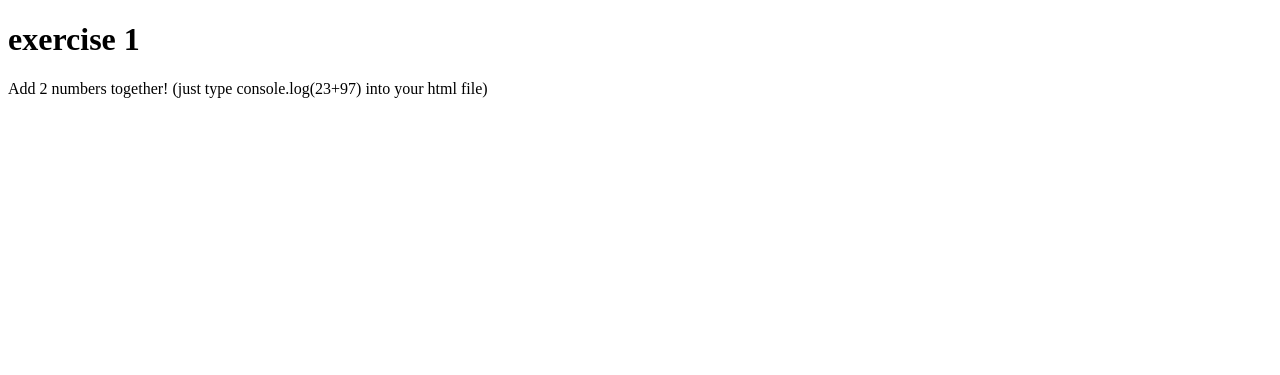
Repository: ValeriaLeonH/practica-Javascript-html-css
Page: prueba_de_juego.html
An editor plug-in stored every save of this project. The page is shown before and after the next save, followed by the edit.
The browser window is 1280 px wide. The pictures show the whole page.

Above is the page before, as saved 2025-04-10 15:55:08.

### prueba_de_juego.html
<!DOCTYPE html>
<html lang="en">
  <head>
    <meta charset="UTF-8">
    <meta name="viewport" content="width=device-width, initial-scale=1.0">
    <title>exercise 1</title>
  </head>
  <body>
    <h1>exercise 1</h1>
    <p>Add 2 numbers together! (just type console.log(23+97) into your html file)</p>
    <script>
      console.log(23 + 97);
    </script>
  </body>
</html>

After the next save:
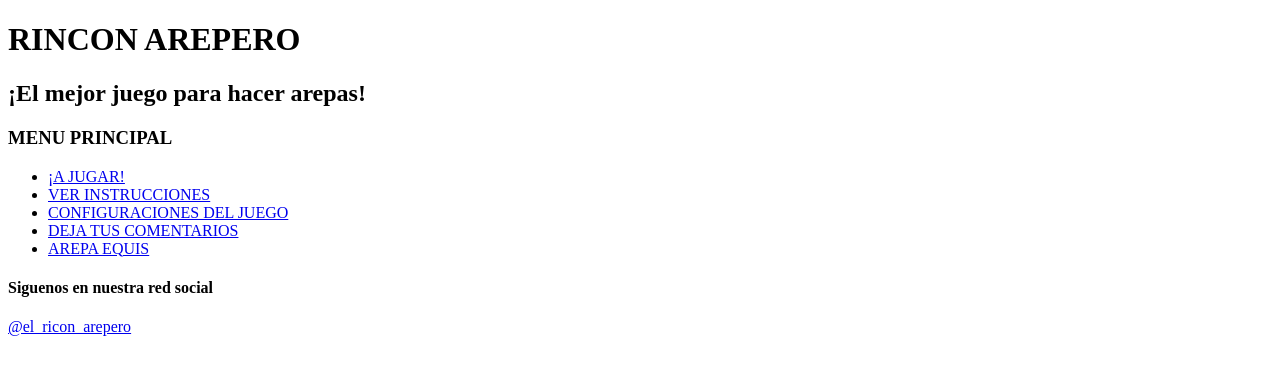
Saved 9 min 0 s later.
--- a/prueba_de_juego.html
+++ b/prueba_de_juego.html
@@ -1,15 +1,22 @@
 <!DOCTYPE html>
 <html lang="en">
-  <head>
-    <meta charset="UTF-8">
-    <meta name="viewport" content="width=device-width, initial-scale=1.0">
-    <title>exercise 1</title>
-  </head>
-  <body>
-    <h1>exercise 1</h1>
-    <p>Add 2 numbers together! (just type console.log(23+97) into your html file)</p>
-    <script>
-      console.log(23 + 97);
-    </script>
-  </body>
+    <head>
+        <meta charset="UTF-8">
+        <meta name="viewport" content="width=device-width, initial-scale=1.0">
+        <title>RINCON AREPERO</title>
+    </head>
+    <body>
+        <h1>RINCON AREPERO</h1>
+        <h2>¡El mejor juego para hacer arepas!</h2>
+        <h3>MENU PRINCIPAL</h3>
+        <ul>
+            <li><a href="jugar.html">¡A JUGAR!</a></li>
+            <li><a href="instrucciones.html">VER INSTRUCCIONES</a></li>
+            <li><a href="configuraciones.html">CONFIGURACIONES DEL JUEGO</a></li>
+            <li><a href="comentarios.html">DEJA TUS COMENTARIOS</a></li>
+            <li><a href="arepa_equis.html">AREPA EQUIS</a></li>
+        </ul>
+        <h4>Siguenos en nuestra red social </h4>
+        <a href="https://github.com/">@el_ricon_arepero</a>
+    </body>
 </html>
